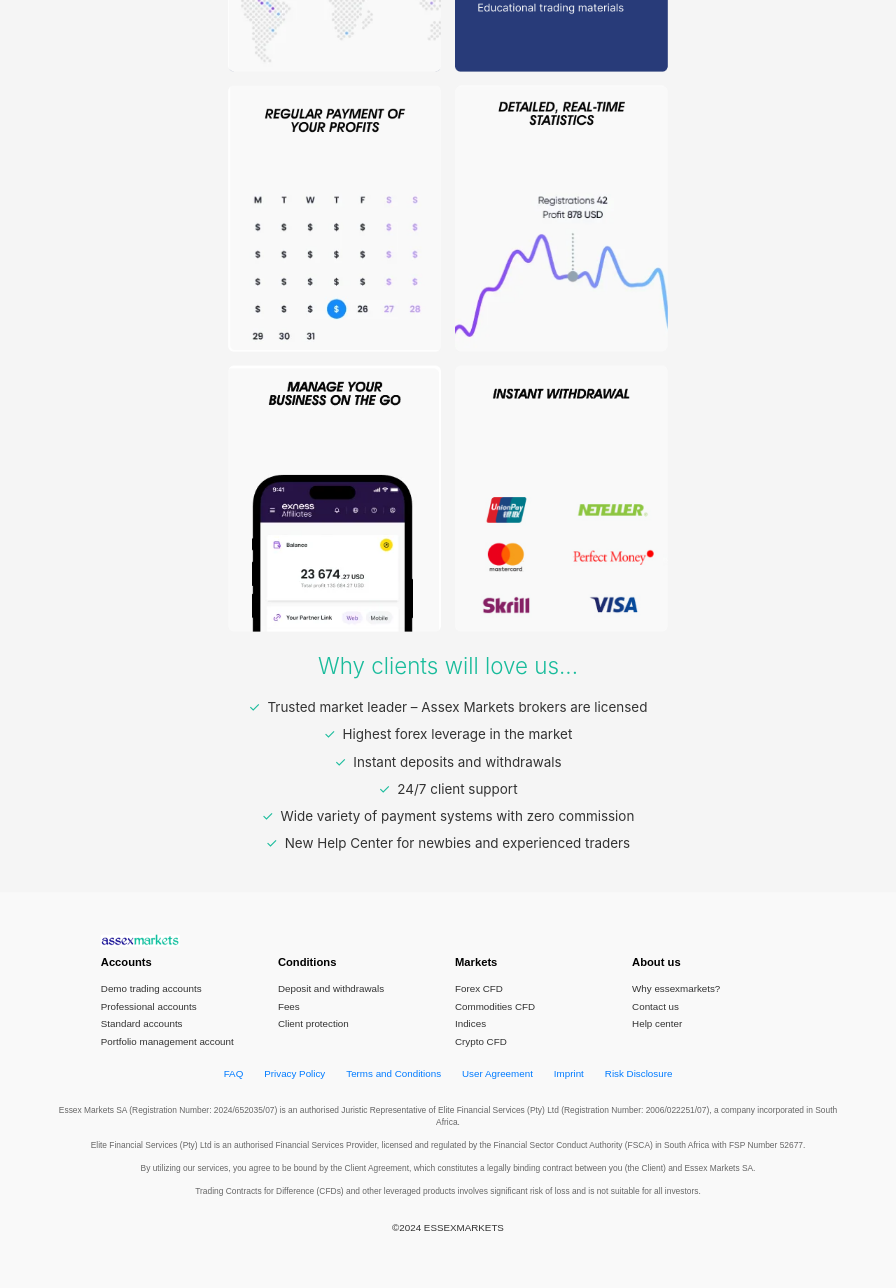
Repository: RevenewMarketing/Assex
Page: /partner
An editor plug-in stored every save of this project. The page is shown before and after the next save, followed by the edit.
The browser window is 1280 px wide. The pictures show the part of the page from y = 2116 to 4036 px (the page is 3956 px tall before and 4036 px after), at 70% of full size.
The project was rebuilt for these pictures with package versions that can differ from the ones it lists, and the page was loaded fresh each time. Also part of the build but not shown: vite.config.ts, src/pages/home/sections/HeroSection.module.css, src/pages/home/sections/HeroSection.tsx, src/pages/home/sections/Section2.tsx, src/pages/home/sections/Section3.tsx, src/pages/home/sections/Section4.tsx, src/pages/home/sections/Section5.tsx, src/pages/home/sections/Section6.tsx and 10 more.

Above is the page before, as saved 2024-11-28 01:01:47.

After the next save:
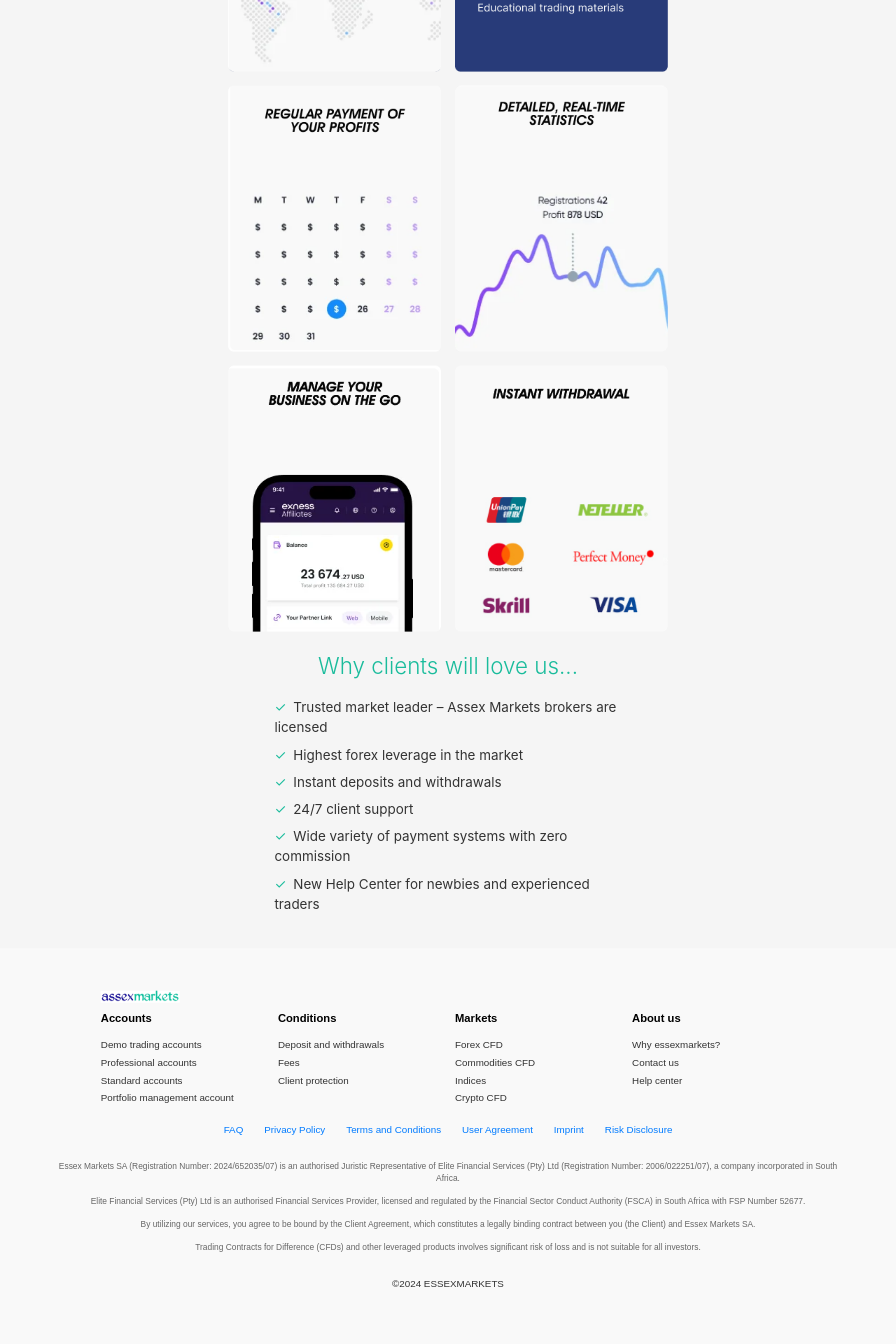
Saved 97 s later.
--- a/src/pages/partner/sections/Section3.module.css
+++ b/src/pages/partner/sections/Section3.module.css
@@ -41,7 +41,7 @@
 }
 
 .featureTitle {
-  font-size: 1.2rem;
+  font-size: 1.5rem;
   margin-bottom: 10px;
   color: #1ABC9C;
   /* Blue color for the title */
@@ -67,6 +67,9 @@
 .reasonsList {
   list-style-type: none;
   padding: 0;
+  text-align: left;
+  margin: auto;
+  max-width: 40%;
 }
 
 .reason {
